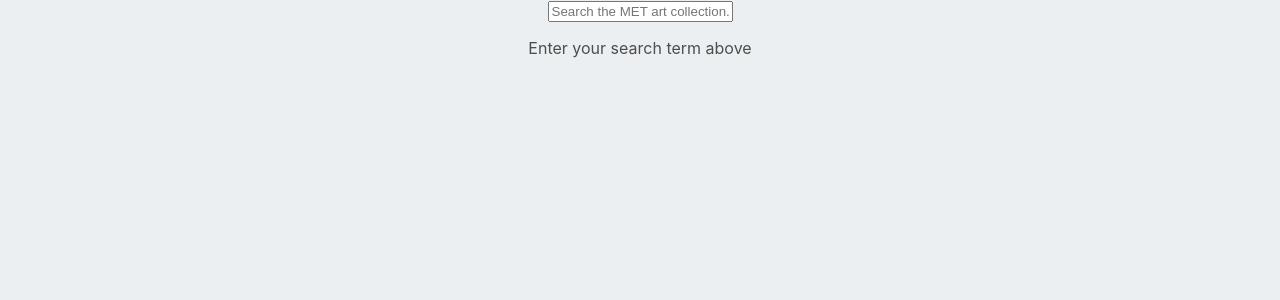
Repository: edulis8/MetSearchTool
Page: /
These files come from the project's save history. The page is drawn as it stood at one moment and after the next save; the edit follows.
The browser window is 1280 px wide. The pictures show the whole page.
The project was rebuilt for these pictures with package versions that can differ from the ones it lists, and the page was loaded fresh each time. Also part of the build but not shown: src/Pokecard.js, src/Pokedex.js.

Above is the page before, as saved 2020-01-16 10:04:50.

### src/App.js
import React from 'react';
import './App.css';
import Pokedex from './Pokedex';
import PokeGame from './PokeGame';

function App() {
  return (
    <div className="App">
      <PokeGame />
    </div>
  );
}

export default App;

### src/PokeGame.js
import React, { Component } from 'react'
// import Pokedex from './Pokedex';
import Axios from 'axios';
import Pokecard from './Pokecard';
// import './Pokedex.css';
const MET_API_BASE = 'https://collectionapi.metmuseum.org/public/collection/v1';


class PokeGame extends Component {
    constructor(props) {
        super(props);
        this.state = {
            objects: [],
            searchTerm: '',
            searching: false
        }
        this.handleSearchInputChanges = this.handleSearchInputChanges.bind(this);
    }
    // static defaultProps = {
    //     test: [
    //     ]
    // }
    handleSearchInputChanges(e) {
        this.setState({ searchTerm: e.target.value })
        // console.log(this.state.searchTerm);
        this.search();
    }
    search() {
        console.log('searchTerm', this.state.searchTerm);
        Axios.get(`${MET_API_BASE}/search?q=${this.state.searchTerm}`).then((response) => {
            this.setState({ objects: [], searching: true })
            // console.log(response.data.objectIDs.slice(0, 20));
            // console.log(response.status, response.statusText);
            console.log('RESPONSE', response);
            if (response.data.objectIDs) {
                const objectIDs = response.data.objectIDs.slice(0, 20);
                objectIDs.forEach((id, idx) => {
                    Axios.get(`${MET_API_BASE}/objects/${id}`).then((response) => {
                        // console.log(idx, response.data);
                        const newObjects = [...this.state.objects];
                        newObjects.push(response.data);
                        this.setState({ objects: newObjects })
                    })
                });
            } else {
                this.setState({ objects: [] })
            }
        });
        this.setState({ searching: true });
    }
    componentDidMount() {
        console.log('didMount');
    }
    render() {
        return (
            <div className='Pokedex'>
                <input type="text" placeholder="Search the MET art collection..." onChange={this.handleSearchInputChanges} />
                {this.state.objects.map(object =>
                    // <img src={object.primaryImage}></img>
                    <div className='Pokedex-cards'>
                        <Pokecard {...object} />
                    </div>

                )}
                {!this.state.objects.length && !this.state.searching && <p>Enter your search term above</p>}
                {this.state.searching && <p>Searching...</p>}

            </div>
        )
    }
}

export default PokeGame;

### src/Pokedex.css
.Pokedex {
    text-align: center;
}
.Pokedex-cards {
    display: flex;
    justify-content: space-evenly;
    flex-wrap: wrap;
}

Loaded but not shown: public/index.html (common file); src/index.js (common file); src/index.css (common file); src/serviceWorker.js (common file); src/App.css (common file)

After the next save:
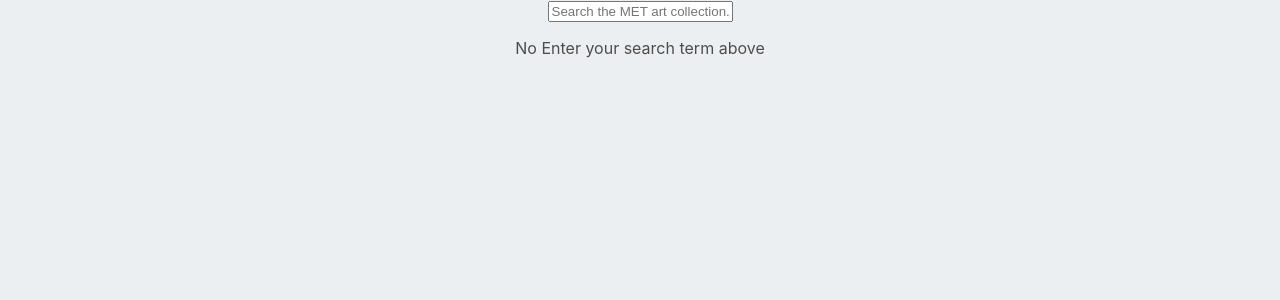
Saved 10 s later.
--- a/src/PokeGame.js
+++ b/src/PokeGame.js
@@ -62,7 +62,7 @@ class PokeGame extends Component {
                     </div>
 
                 )}
-                {!this.state.objects.length && !this.state.searching && <p>Enter your search term above</p>}
+                {!this.state.objects.length && !this.state.searching && <p>No Enter your search term above</p>}
                 {this.state.searching && <p>Searching...</p>}
 
             </div>
